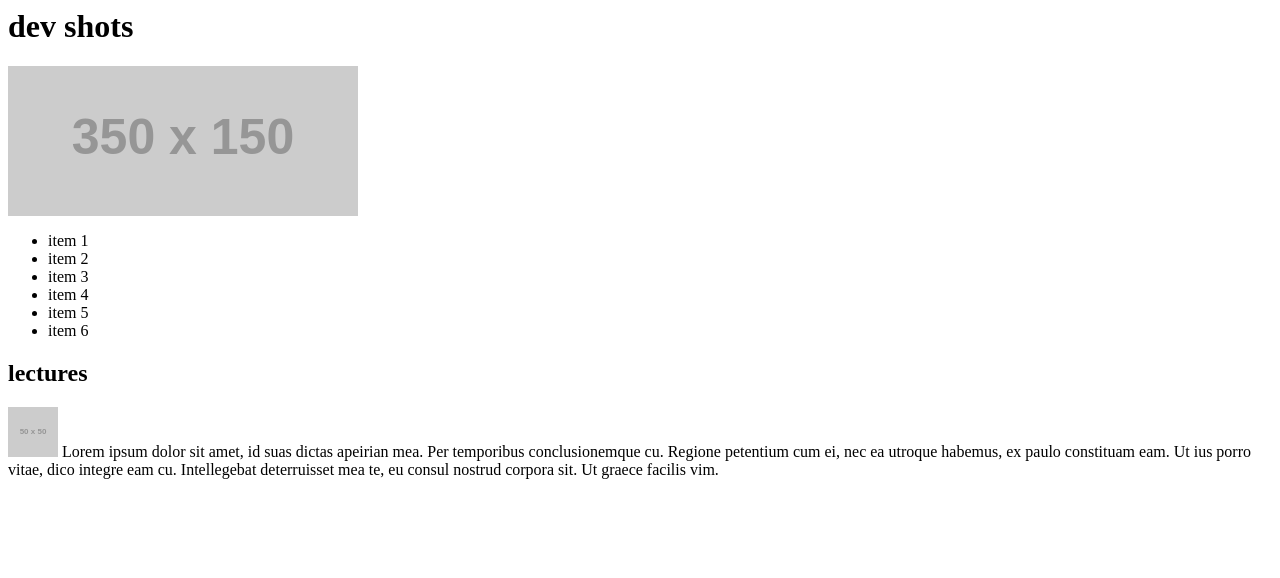
Repository: innaplx/exercises-devshots-html4-part1
Page: index.html
The author's editor kept a copy of each file at every save. The page is drawn from the files as they stood at one save, then again after the next save.
The browser window is 1280 px wide. The pictures show the whole page.

Above is the page before, as saved 2018-08-17 18:25:28.

### index.html
<html>
    <head>
        <h1>dev shots</h1>
        <a href="https://placeholder.com"><img src="https://via.placeholder.com/350x150"></a>
        <nav>
            <ul>
                <li><a herf="#" titel="item 1">item 1</a></li>
                <li><a herf="#" titel="item 2">item 2</a></li>
                <li><a herf="#" titel="item 3">item 3</a></li>
                <li><a herf="#" titel="item 4">item 4</a></li>
                <li><a herf="#" titel="item 5">item 5</a></li>
                <li><a herf="#" titel="item 6">item 6</a></li>
            </ul>
        </nav>

    </head>

    <body>
        <h2>lectures</h2>
            <div><a href="https://placeholder.com"><img src="https://via.placeholder.com/50x50"></a>
            <text>Lorem ipsum dolor sit amet, id suas dictas apeirian mea. Per temporibus conclusionemque cu. Regione petentium cum ei, nec ea utroque habemus, ex paulo constituam eam. Ut ius porro vitae, dico integre eam cu. Intellegebat deterruisset mea te, eu consul nostrud corpora sit. Ut graece facilis vim.</text>
            </div>

    </body>
























</html>

After the next save:
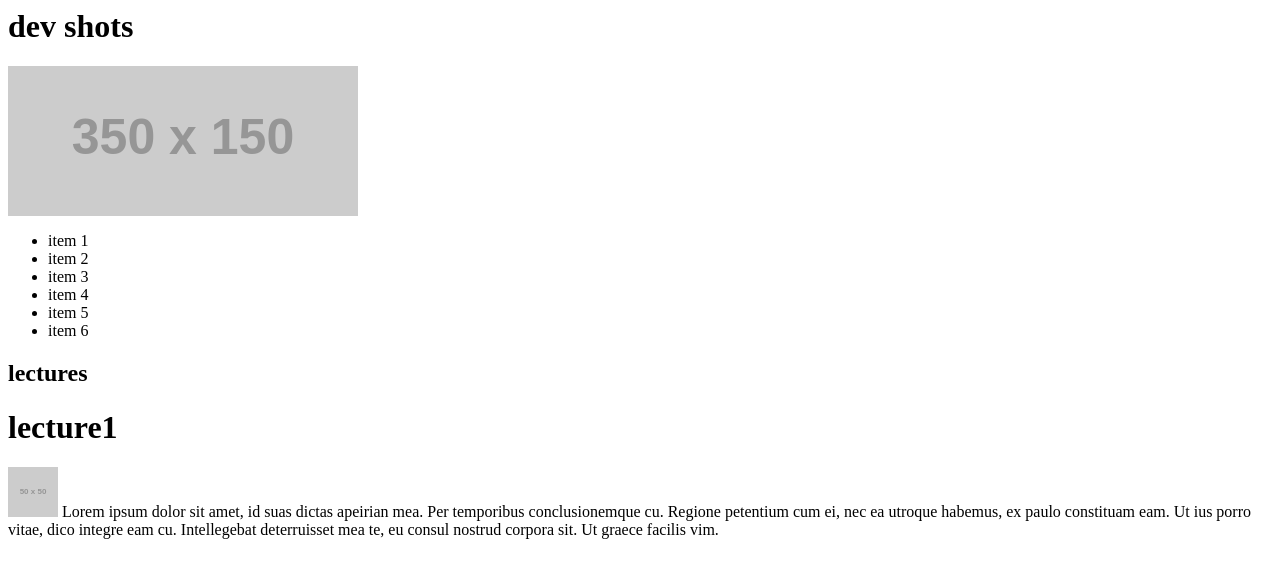
Saved 56 s later.
--- a/index.html
+++ b/index.html
@@ -17,8 +17,11 @@
 
     <body>
         <h2>lectures</h2>
-            <div><a href="https://placeholder.com"><img src="https://via.placeholder.com/50x50"></a>
-            <text>Lorem ipsum dolor sit amet, id suas dictas apeirian mea. Per temporibus conclusionemque cu. Regione petentium cum ei, nec ea utroque habemus, ex paulo constituam eam. Ut ius porro vitae, dico integre eam cu. Intellegebat deterruisset mea te, eu consul nostrud corpora sit. Ut graece facilis vim.</text>
+
+            <div>
+                <h1>lecture1</h1>
+                <a href="https://placeholder.com"><img src="https://via.placeholder.com/50x50"></a>
+                <text>Lorem ipsum dolor sit amet, id suas dictas apeirian mea. Per temporibus conclusionemque cu. Regione petentium cum ei, nec ea utroque habemus, ex paulo constituam eam. Ut ius porro vitae, dico integre eam cu. Intellegebat deterruisset mea te, eu consul nostrud corpora sit. Ut graece facilis vim.</text>
             </div>
 
     </body>
